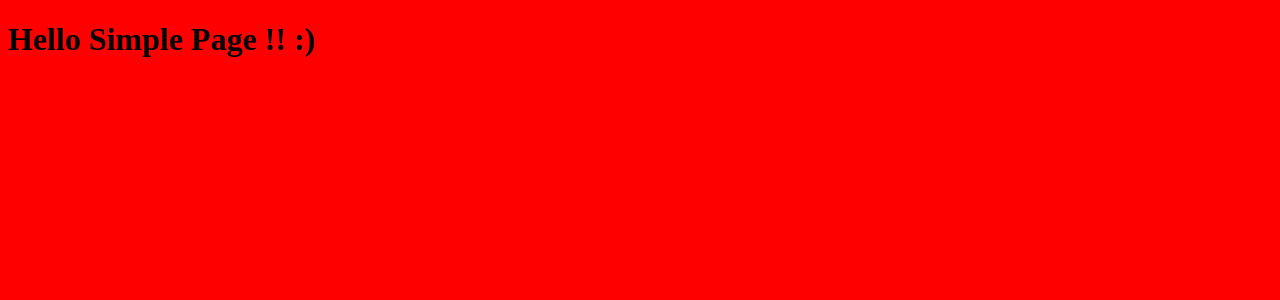
Repository: uditjain100/JavaScript-for-Web
Page: 10.Promises/simple.html
The author's editor kept a copy of each file at every save. The page is drawn from the files as they stood at one save, then again after the next save.
The browser window is 1280 px wide. The pictures show the whole page.

Above is the page before, as saved 2021-01-23 16:16:15.

After the next save:
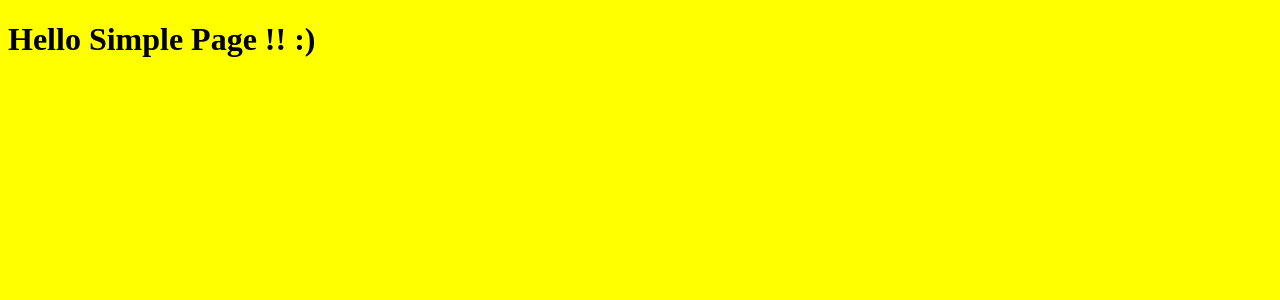
Saved 22 s later.
--- a/10.Promises/app.js
+++ b/10.Promises/app.js
@@ -3,13 +3,13 @@ setTimeout(() => {
 }, 1000);
 
 setTimeout(() => {
-  document.body.style.backgroundColor = "red";
+  document.body.style.backgroundColor = "green";
 }, 1000);
 
 setTimeout(() => {
-  document.body.style.backgroundColor = "red";
+  document.body.style.backgroundColor = "blue";
 }, 1000);
 
 setTimeout(() => {
-  document.body.style.backgroundColor = "red";
+  document.body.style.backgroundColor = "yellow";
 }, 1000);
